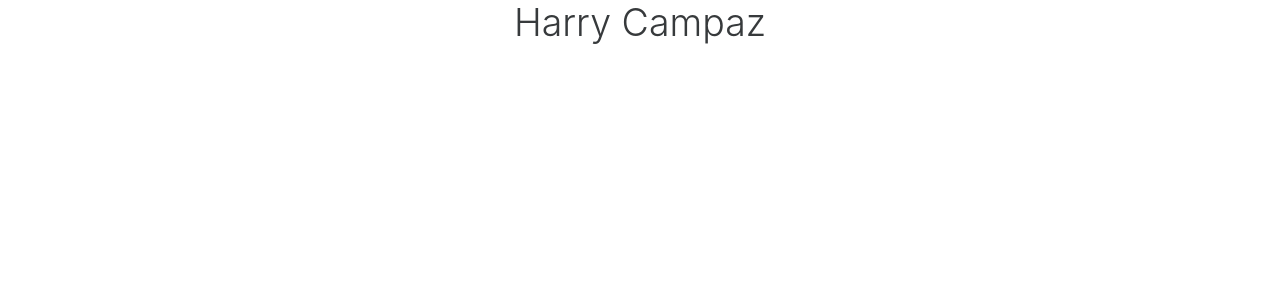
Repository: harrycampaz/library-react
Page: /
The author's editor kept a copy of each file at every save. The page is drawn from the files as they stood at one save, then again after the next save.
The browser window is 1280 px wide. The pictures show the whole page.
The project was rebuilt for these pictures with package versions that can differ from the ones it lists, and the page was loaded fresh each time.

Above is the page before, as saved 2020-02-02 23:02:37.

### public/index.html
<!DOCTYPE html>
<html lang="en">
  <head>
    <meta charset="utf-8" />
    <link rel="icon" href="%PUBLIC_URL%/favicon.ico" />
    <meta name="viewport" content="width=device-width, initial-scale=1" />
    <meta name="theme-color" content="#000000" />
    <meta
      name="description"
      content="Web site created using create-react-app"
    />
    <link rel="apple-touch-icon" href="%PUBLIC_URL%/logo192.png" />
    <!--
      manifest.json provides metadata used when your web app is installed on a
      user's mobile device or desktop. See https://developers.google.com/web/fundamentals/web-app-manifest/
    -->
    <link rel="manifest" href="%PUBLIC_URL%/manifest.json" />
    <link rel="stylesheet" href="https://bootswatch.com/4/cosmo/bootstrap.min.css">
    <!--
      Notice the use of %PUBLIC_URL% in the tags above.
      It will be replaced with the URL of the `public` folder during the build.
      Only files inside the `public` folder can be referenced from the HTML.

      Unlike "/favicon.ico" or "favicon.ico", "%PUBLIC_URL%/favicon.ico" will
      work correctly both with client-side routing and a non-root public URL.
      Learn how to configure a non-root public URL by running `npm run build`.
    -->
    <title>React App</title>
  </head>
  <body>
    <noscript>You need to enable JavaScript to run this app.</noscript>
    <div id="root"></div>
    <!--
      This HTML file is a template.
      If you open it directly in the browser, you will see an empty page.

      You can add webfonts, meta tags, or analytics to this file.
      The build step will place the bundled scripts into the <body> tag.

      To begin the development, run `npm start` or `yarn start`.
      To create a production bundle, use `npm run build` or `yarn build`.
    -->
    <script src="https://code.jquery.com/jquery-3.4.1.slim.min.js" integrity="sha384-J6qa4849blE2+poT4WnyKhv5vZF5SrPo0iEjwBvKU7imGFAV0wwj1yYfoRSJoZ+n" crossorigin="anonymous"></script>
<script src="https://cdn.jsdelivr.net/npm/popper.js@1.16.0/dist/umd/popper.min.js" integrity="sha384-Q6E9RHvbIyZFJoft+2mJbHaEWldlvI9IOYy5n3zV9zzTtmI3UksdQRVvoxMfooAo" crossorigin="anonymous"></script>
<script src="https://stackpath.bootstrapcdn.com/bootstrap/4.4.1/js/bootstrap.min.js" integrity="sha384-wfSDF2E50Y2D1uUdj0O3uMBJnjuUD4Ih7YwaYd1iqfktj0Uod8GCExl3Og8ifwB6" crossorigin="anonymous"></script>

  </body>
</html>

### src/App.js
import React from 'react';
import logo from './logo.svg';
import './App.css';

function App() {
  return (
    <div className="App">
     <h1>Harry Campaz</h1>
    </div>
  );
}

export default App;

Loaded but not shown: src/index.js (common file); src/index.css (common file); src/serviceWorker.js (common file); src/App.css (common file)

After the next save:
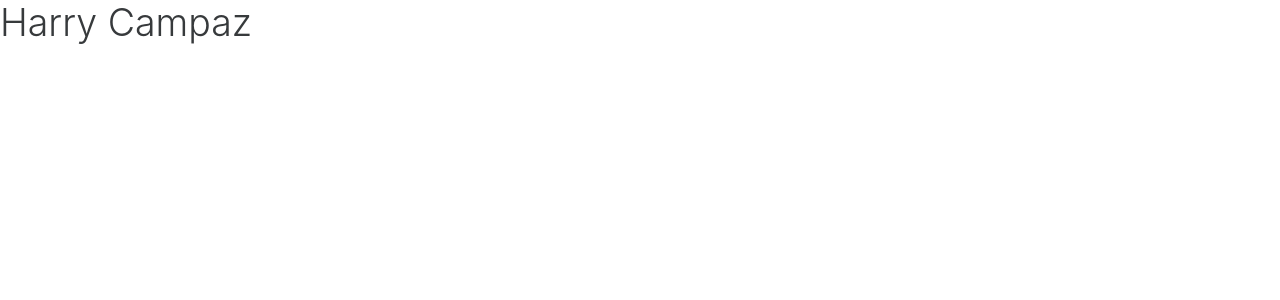
Saved 28 s later.
--- a/src/App.js
+++ b/src/App.js
@@ -1,6 +1,5 @@
 import React from 'react';
-import logo from './logo.svg';
-import './App.css';
+
 
 function App() {
   return (
